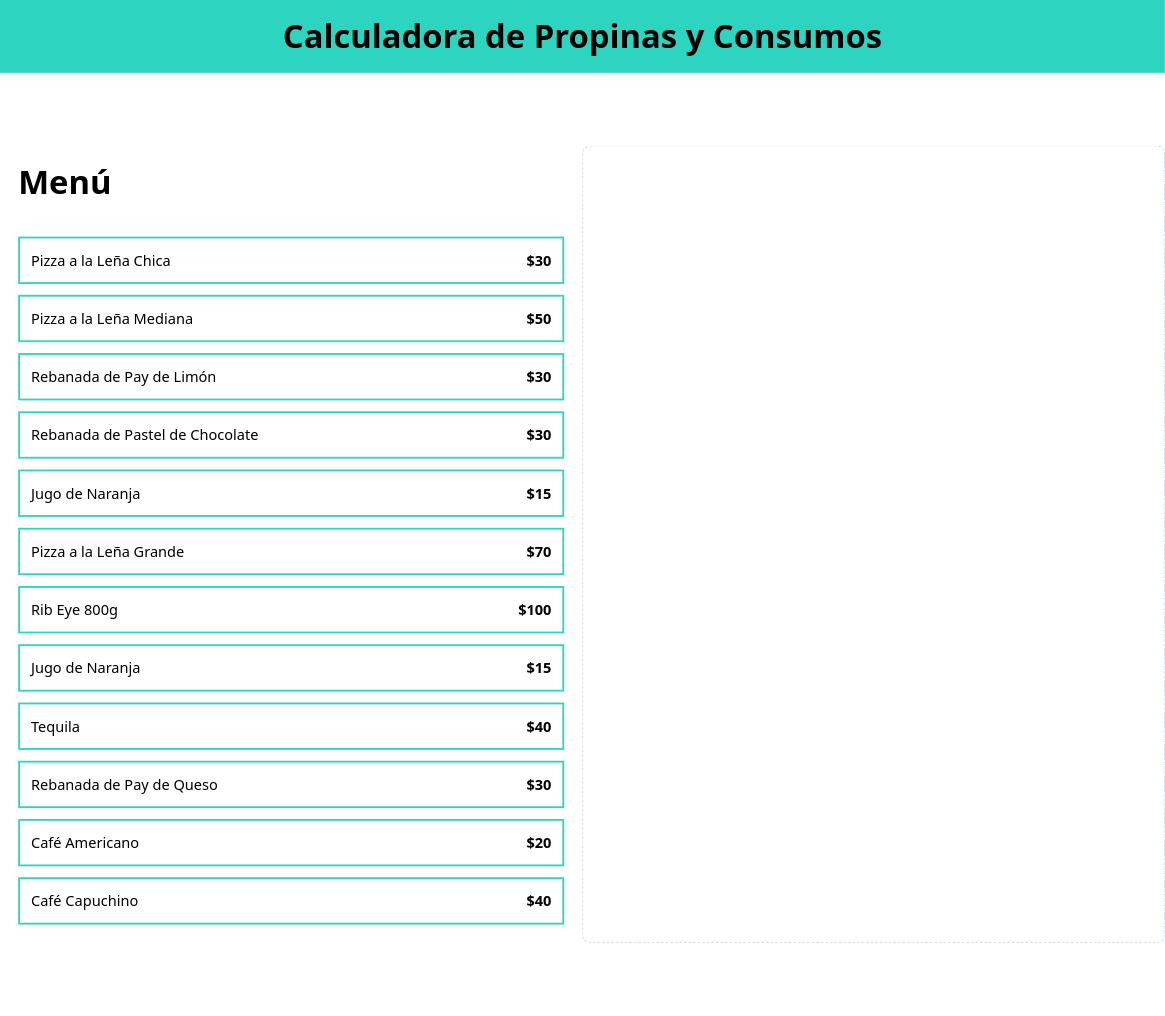
Repository: Matiiu/tip-calculator
Page: /
The author's editor kept a copy of each file at every save. The page is drawn from the files as they stood at one save, then again after the next save.
The browser window is 1280 px wide. The pictures show the whole page, at 91% of full size.
The project was rebuilt for these pictures with package versions that can differ from the ones it lists, and the page was loaded fresh each time. Also part of the build but not shown: vite.config.ts, src/components/OrderContents.tsx, src/helpers/index.ts, src/components/OrderTotal.tsx, src/components/TipPorcentageForm.tsx. Imported but missing from the stored project, and not drawn on this page: .history/src/helpers/index_20240329155241.

Above is the page before, as saved 2024-03-30 14:56:26.

After the next save:
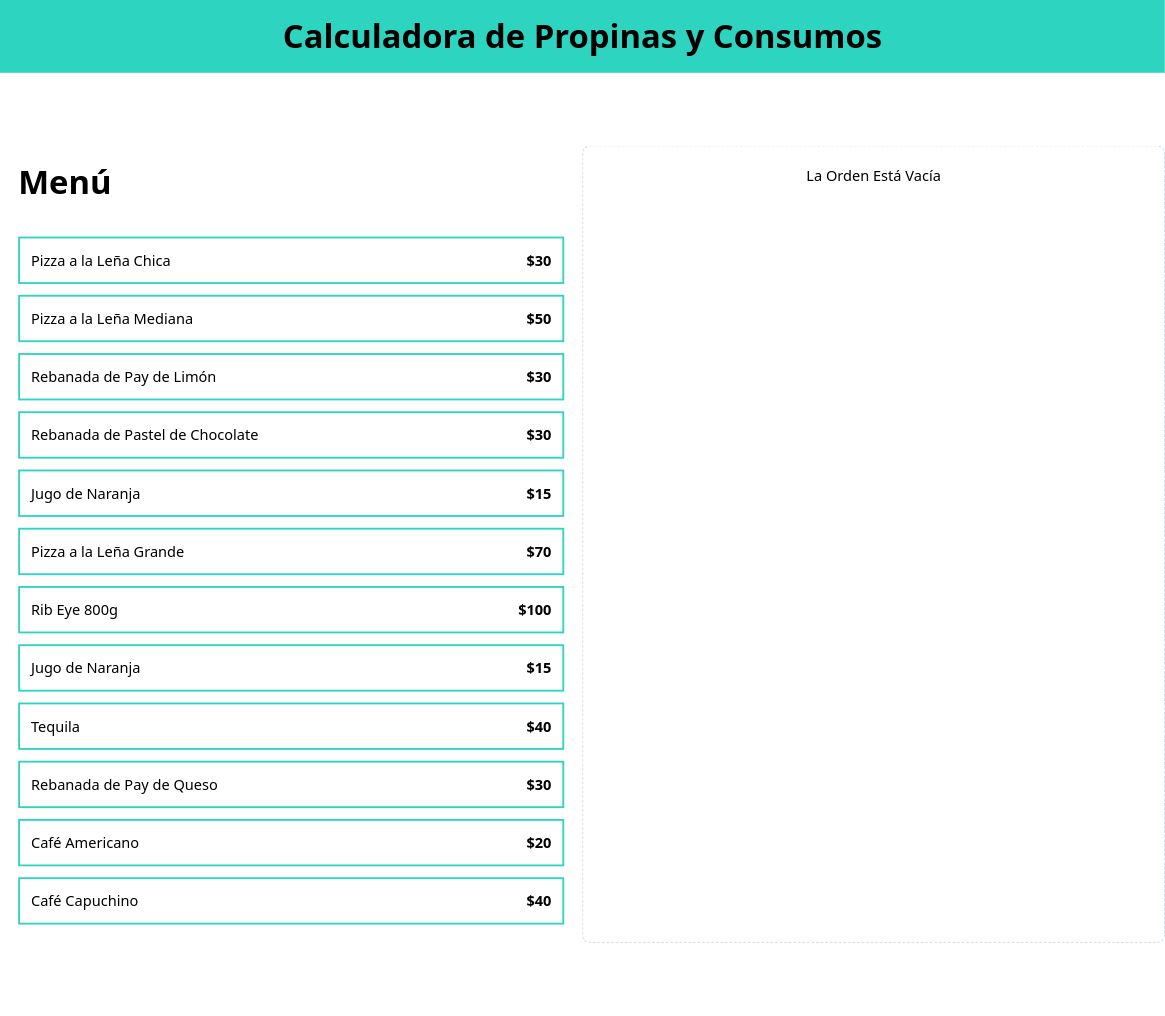
Saved 43 s later.
--- a/src/App.tsx
+++ b/src/App.tsx
@@ -36,7 +36,7 @@ export default function App() {
 
         <div className=" border border-dashed border-slate-300 p-5 rounded-lg space-y-10">
           {!order.length ? (
-            <div></div>
+            <p className="text-center">La Orden Está Vacía</p>
           ) : (
             <>
               <OrderContents order={order} removeItem={removeItem} />
